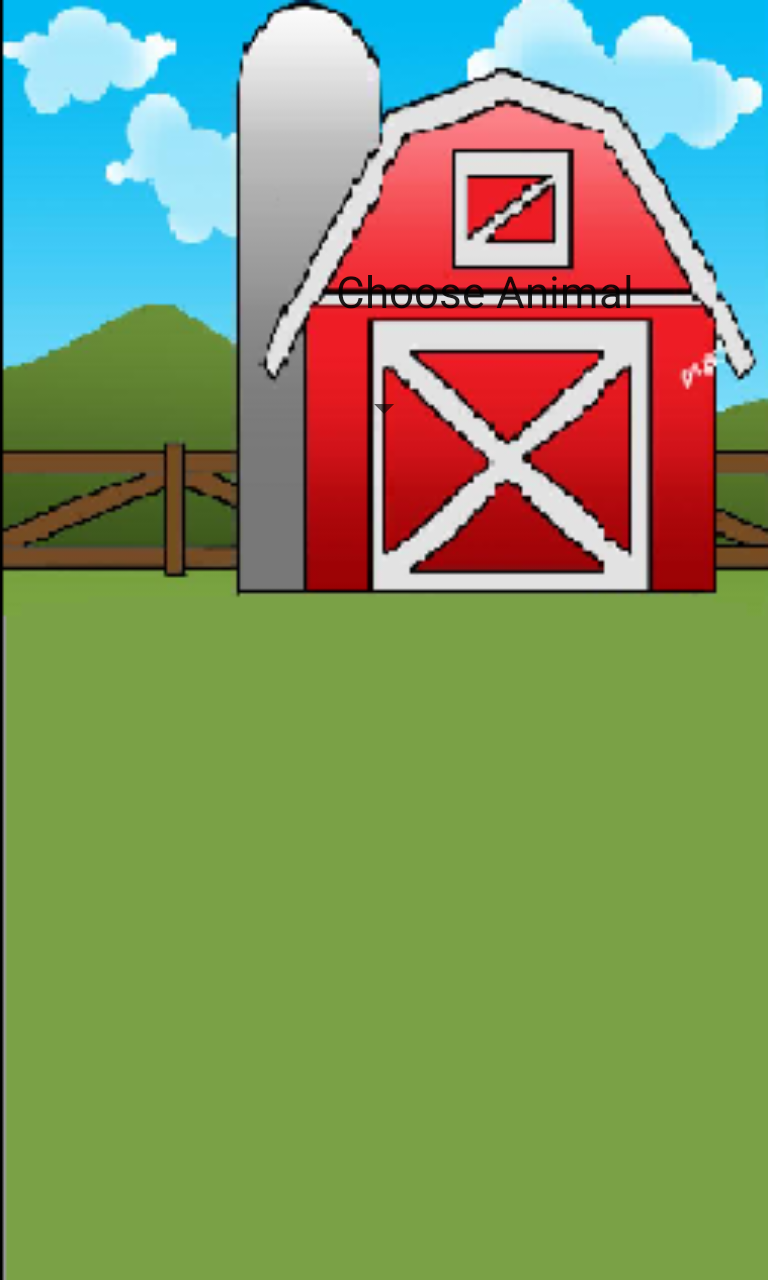
Repository: jdmielke/AnimalApp
Layout: AWEA/res/layout/activity_main.xml
An editor plug-in stored every save of this project. The layout is shown before and after the next save, followed by the edit.
It is drawn on a 768 x 1280 px phone screen (xhdpi) without system bars, with theme AppTheme; the app's code is not run.

Above is the layout before, as saved 2014-10-15 23:30:39.

After the next save:
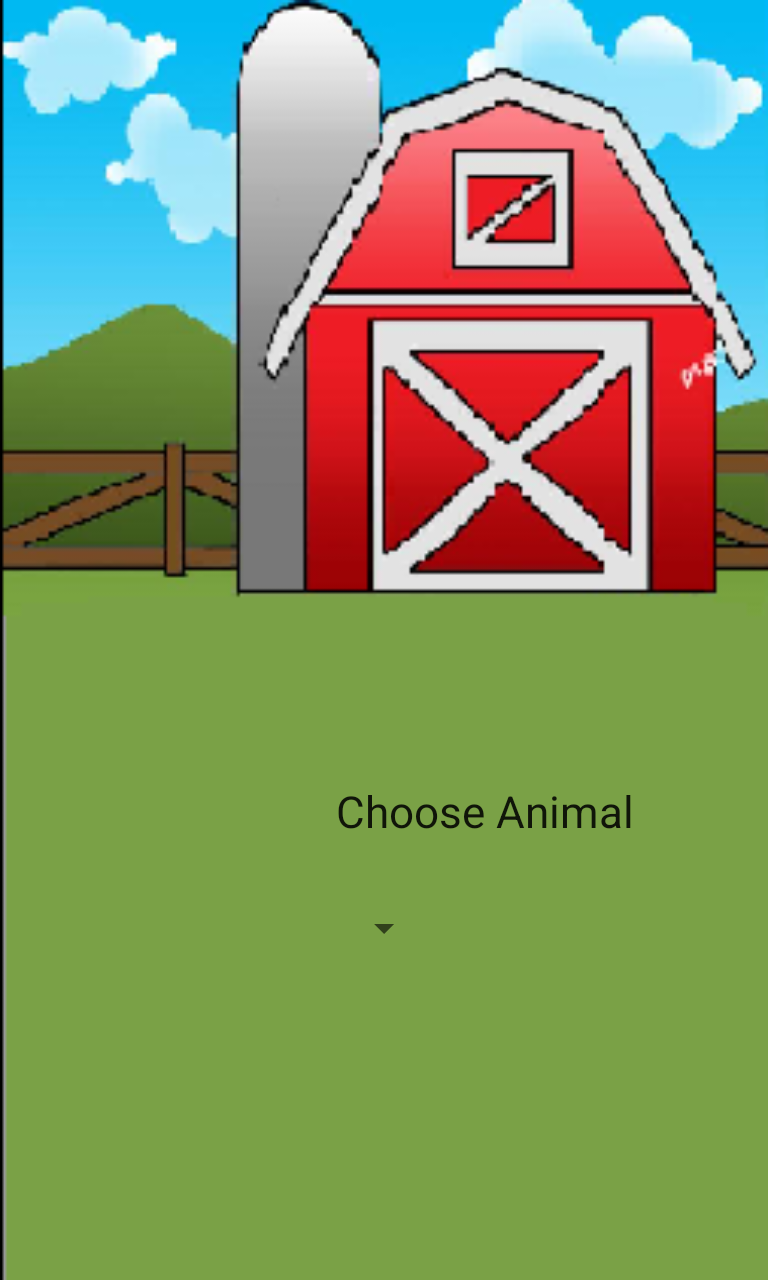
Saved 20 s later.
--- a/AWEA/res/layout/activity_main.xml
+++ b/AWEA/res/layout/activity_main.xml
@@ -9,14 +9,6 @@
     tools:context="com.example.awea.MainActivity"
     android:background="@drawable/app_background">
 
-    <Spinner
-        android:id="@+id/spinner1"
-        android:layout_width="wrap_content"
-        android:layout_height="wrap_content"
-        android:layout_alignParentTop="true"
-        android:layout_centerHorizontal="true"
-        android:layout_marginTop="176dp" />
-
     <TextView
         android:id="@+id/spinnerTitle"
         android:layout_width="wrap_content"
@@ -27,4 +19,12 @@
         android:text="Choose Animal"
         android:textAppearance="?android:attr/textAppearanceLarge" />
 
+    <Spinner
+        android:id="@+id/spinner1"
+        android:layout_width="wrap_content"
+        android:layout_height="wrap_content"
+        android:layout_alignParentBottom="true"
+        android:layout_centerHorizontal="true"
+        android:layout_marginBottom="148dp" />
+
 </RelativeLayout>
